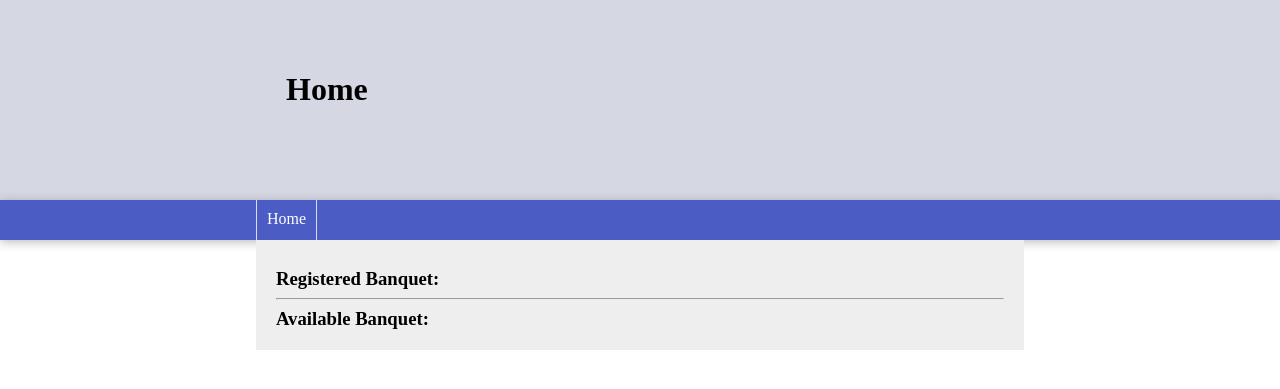
Repository: shingjan/Conference_Mgt_System
Page: http://localhost/user-home.php
The author's editor kept a record of every edit. The page is drawn from the files as they stood at one moment, then again after the next edit.
The browser window is 1280 px wide. The pictures show the whole page.
The page is run by PHP 8.4 with error messages shown; the project is at /var/www/html/. The session is filled in as if someone had signed in: {"admin": 1, "uid": 1, "user": 1}. Queries for data that is not in the repository find no rows.

Above is the page before.

After the next edit:
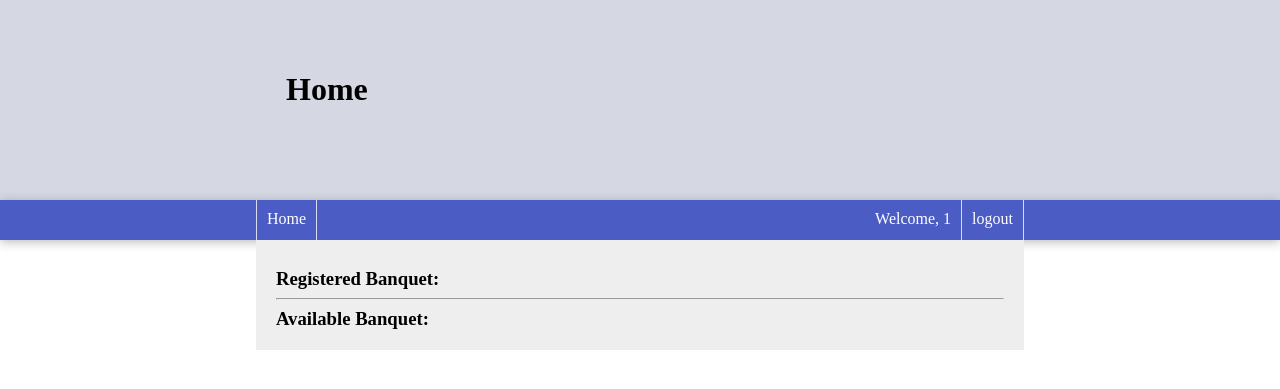
The edit:
--- a/user-home.php
+++ b/user-home.php
@@ -23,7 +23,11 @@
                 <div class="menu-item" style="padding:0; margin:0; height: 40px;">
                 </div>
                 <a class="menu-item" href="user-home.php">Home</a>
+                <div class="logout">
+                    <a class="menu-item" href="#">Welcome, <?=$_SESSION['admin']?></a>
+                    <a class="menu-item" href="server/logout.php">logout</a>
                 </div>
+            </div>
             <div class="contents">
                 <div class="field-group-title">
                     <h3>Registered Banquet: </h3>
